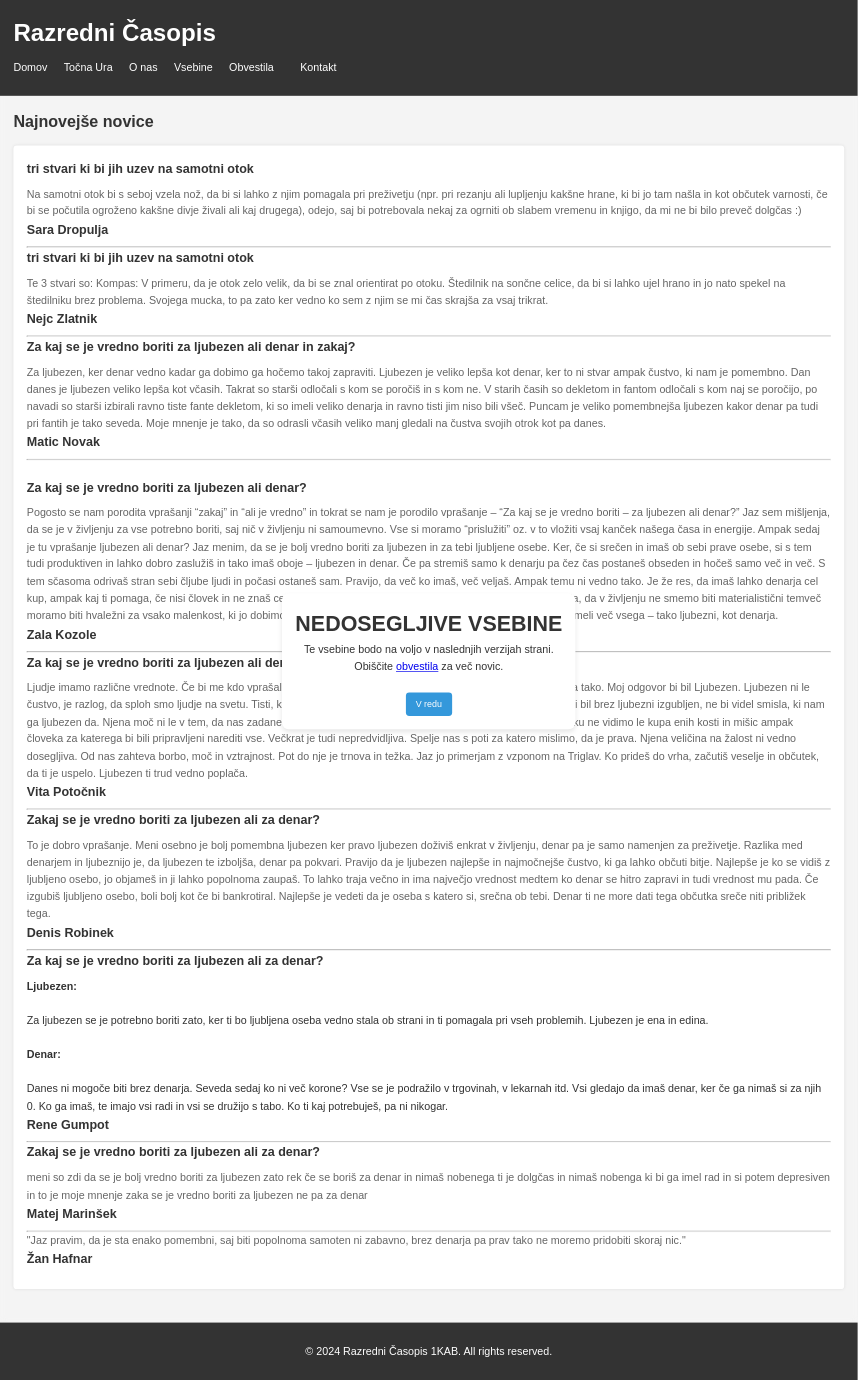
Repository: razrednicasopis/razrednicasopis.github.io
Page: Resources/casopis-html.html
These files come from the project's save history. The page is drawn as it stood at one moment and after the next save; the edit follows.
The browser window is 1280 px wide. The pictures show the whole page, at 67% of full size.
After loading, the first visible `#showPopupLink` was clicked once.

Above is the page before, as saved 2024-01-23 12:59:05.

### Resources/casopis-html.html
<!DOCTYPE html>
<html lang="en">
<head>
  <meta charset="UTF-8">
  <meta name="viewport" content="width=device-width, initial-scale=1.0">
  <link rel="stylesheet" href="styless.css">
  <link rel="stylesheet" href="system.css">
  <title>Razredni Časopis</title>
</head>
<body>


<div id="wrapper">
<div id="vrstica">
<header>
  <h1>Razredni Časopis</h1>
  <nav>
    <ul>
      <li><a href="#">Domov</a></li>
      <li><a href="Ura.html">Točna Ura</a></li>
      <li><a href="admin.html">O nas</a></li>
      <li><a href="vsebine.html">Vsebine </a></li>
      <li><a href="obvestila.html">Obvestila</a></li>
      <li><a href="#" id="showPopupLink">Kontakt</a></li>
    </ul>
  </nav>
</header>
</div>

<main>
  <section class="novice">
    <h2>Najnovejše novice</h2>
    <article>
      <h3>tri stvari ki bi jih uzev na samotni otok</h3>
      <p>Na samotni otok bi s seboj vzela nož, da bi si lahko z njim pomagala pri preživetju (npr. pri rezanju ali lupljenju kakšne hrane, ki bi jo tam našla in kot občutek varnosti, če bi se počutila ogroženo kakšne divje živali ali kaj drugega), odejo, saj bi potrebovala nekaj za ogrniti ob slabem vremenu in knjigo, da mi ne bi bilo preveč dolgčas :)

</p>
<h3>Sara Dropulja</h3>
<hr>
      <h3>tri stvari ki bi jih uzev na samotni otok</h3>
            <p>Te 3 stvari so:
Kompas: V primeru, da je otok zelo velik, da bi se znal orientirat po otoku.
Štedilnik na sončne celice, da bi si lahko ujel hrano in jo nato spekel na štedilniku brez problema.
Svojega mucka, to pa zato ker vedno ko sem z njim se mi čas skrajša za vsaj trikrat.
<h3>Nejc Zlatnik</h3>
</p>
<hr>
<h3>Za kaj se je vredno boriti za ljubezen ali denar in zakaj?</h3>
  <p>Za ljubezen, ker denar vedno kadar ga dobimo ga hočemo takoj zapraviti. Ljubezen je veliko lepša kot denar, ker to ni stvar ampak čustvo, ki nam je pomembno. Dan danes je ljubezen veliko lepša kot včasih. Takrat so starši odločali s kom se poročiš in s kom ne. V starih časih so dekletom in fantom odločali s kom naj se poročijo, po navadi so starši izbirali ravno tiste fante dekletom, ki so imeli veliko denarja in ravno tisti jim niso bili všeč. Puncam je veliko pomembnejša ljubezen kakor denar pa tudi pri fantih je tako seveda. Moje mnenje je tako, da so odrasli včasih veliko manj gledali na čustva svojih otrok kot pa danes.

<h3>Matic Novak</h3></p>

<hr>
<br>
<h3>Za kaj se je vredno boriti za ljubezen ali denar?
</h3>
<p>Pogosto se nam porodita vprašanji “zakaj” in “ali je vredno” in tokrat se nam je porodilo vprašanje – “Za kaj se je vredno boriti – za ljubezen ali denar?”
Jaz sem mišljenja, da se je v življenju za vse potrebno boriti, saj nič v življenju ni samoumevno. Vse si moramo “prislužiti” oz. v to vložiti vsaj kanček našega časa in energije.
Ampak sedaj je tu vprašanje ljubezen ali denar? Jaz menim, da se je bolj vredno boriti za ljubezen in za tebi ljubljene osebe. Ker, če si srečen in imaš ob sebi prave osebe, si s tem tudi produktiven in lahko dobro zaslužiš in tako imaš oboje – ljubezen in denar.
Če pa stremiš samo k denarju pa čez čas postaneš obseden in hočeš samo več in več. S tem sčasoma odrivaš stran sebi čljube ljudi in počasi ostaneš sam.
Pravijo, da več ko imaš, več veljaš. Ampak temu ni vedno tako. Je že res, da imaš lahko denarja cel kup, ampak kaj ti pomaga, če nisi človek in ne znaš ceniti vse in vsega, ki jih imaš okoli sebe? Nič. Zato sem mnenja, da v življenju ne smemo biti materialistični temveč moramo biti hvaležni za vsako malenkost, ki jo dobimo ali pa se zgodi, saj bomo tako veliko bolj srečni in dejansko imeli več vsega – tako ljubezni, kot denarja.<br>
<h3>Zala Kozole</h3>
</p>
<hr>
<h3>Za kaj se je vredno boriti za ljubezen ali denar?</h3>
<p>Ljudje imamo različne vrednote. Če bi me kdo vprašal, za kaj naj se bori ali za ljubezen ali za denar, bi mi odgovorila tako. Moj odgovor bi bil Ljubezen.
Ljubezen ni le čustvo, je razlog, da sploh smo ljudje na svetu. Tisti, ki je ustvaril naš svet, je gotovo to naredil z razlogom. Človek bi bil brez ljubezni izgubljen, ne bi videl smisla, ki nam ga ljubezen da. Njena moč ni le v tem, da nas zadane in prevzame ob misli na simpatijo. Omogoča nam, da v človeku ne vidimo le kupa enih kosti in mišic ampak človeka za katerega bi bili pripravljeni narediti vse. Večkrat je tudi nepredvidljiva. Spelje nas s poti za katero mislimo, da je prava. Njena veličina na žalost ni vedno dosegljiva. Od nas zahteva borbo, moč in vztrajnost. Pot do nje je trnova in težka. Jaz jo primerjam z vzponom na Triglav. Ko prideš do vrha, začutiš veselje in občutek, da ti je uspelo. Ljubezen ti trud vedno poplača.
</p>
      <h3>Vita Potočnik</h3>
      <hr>
      <h3>Zakaj se je vredno boriti za ljubezen ali za denar?
</h3>
<P>To je dobro vprašanje. Meni osebno je bolj pomembna ljubezen ker pravo ljubezen doživiš enkrat v življenju, denar pa je samo namenjen za preživetje. Razlika med denarjem in ljubeznijo je, da ljubezen te izboljša, denar pa pokvari. Pravijo da je ljubezen najlepše in najmočnejše čustvo, ki ga lahko občuti bitje. Najlepše je ko se vidiš z ljubljeno osebo, jo objameš in ji lahko popolnoma zaupaš. To lahko traja večno in ima največjo vrednost medtem ko denar se hitro zapravi in tudi vrednost mu pada. Če izgubiš ljubljeno osebo, boli bolj kot če bi bankrotiral. Najlepše je vedeti da je oseba s katero si, srečna ob tebi. Denar ti ne more dati tega občutka sreče niti približek tega.</P>
<h3>Denis Robinek</h3>
<hr>
<h3>Za kaj se je vredno boriti za ljubezen ali za denar?</h3>
<p><h4>Ljubezen:</h4><br>
Za ljubezen se je potrebno boriti zato, ker ti bo ljubljena oseba vedno stala ob strani in ti pomagala pri vseh problemih. Ljubezen je ena in edina.<br>
<br>
<h4>Denar:</h4>
<br>
Danes ni mogoče biti brez denarja. Seveda sedaj ko ni več korone? Vse se je podražilo v trgovinah, v lekarnah itd. Vsi gledajo da imaš denar, ker če ga nimaš si za njih 0. Ko ga imaš, te imajo vsi radi in vsi se družijo s tabo. Ko ti kaj potrebuješ, pa ni nikogar.
<h3>Rene Gumpot</h3></p>
<hr>
<h3>Zakaj se je vredno boriti za ljubezen ali za denar?</h3>
<p>meni so zdi da se je bolj vredno boriti za ljubezen zato rek če se boriš
za denar in nimaš nobenega ti je dolgčas in nimaš nobenga ki bi ga imel rad in si potem depresiven
in to je moje mnenje zaka se je vredno boriti za ljubezen ne pa za denar

<h3>Matej Marinšek</h3></p>
<hr>
    <p>"Jaz pravim, da je sta enako pomembni, saj biti popolnoma samoten ni zabavno, brez denarja pa prav tako ne moremo pridobiti skoraj nic."

<h3>Žan Hafnar</h3></p>


    </article>
    <!-- Dodaj več novic -->
  </section>

</main>
</div>

<footer>
  <p>&copy; 2024 Razredni Časopis 1KAB. All rights reserved.
  </footer>



<!--Od tu naprej je koda za razne stvari kot so popupi-->

<div id="popupContainer">
  <div id="overlay"></div>
  <div id="popupContent">
      <h1><b>NEDOSEGLJIVE VSEBINE</b></h1>
      <p>Te vsebine bodo na voljo v naslednjih verzijah strani.
      <p>Obiščite <a href="obvestila.html">obvestila</a> za več novic.<p><br>
      <button id="closePopupBtn">V redu</button>
  </div>
</div>



<script src="alerts.js"></script>

</body>
</html>

### Resources/styless.css
* {
  margin: 0;
  padding: 0;
  box-sizing: border-box;
}

/* Globalni slogi */
body {
  font-family: Arial, sans-serif;
  line-height: 1.6;
  background-color: #f4f4f4;
  color: #333;
  margin: 0;
  padding: 0;
}


.container {
    text-align: center;
    margin-top: 50px;
}

.border-box {
    display: inline-block;
    padding: 200px;
    width: 550px;
    height: 500px;
    border: 5px solid #333; /* Set your desired border color */
    border-radius: 30px; /* Set the border radius for slightly curved corners */
    background-color: #333; /* Set your desired background color inside the border */
}

form textarea {
  width: 100%;
  padding: 8px;
  justify-content: left;
  margin-left: auto;

  margin-bottom: 10px;
}

header {
  background: #333;
  color: #fff;
  padding: 20px;
}

header h1 {
  margin: 0;
  font-size: 36px;
}

nav ul {
  list-style: none;
}

nav ul li {
  display: inline;
  margin-right: 20px;
}

nav ul li a {
  color: #fff;
  text-decoration: none;
}

main {
  padding: 20px;
}

section {
  margin-bottom: 30px;
}

section h2 {
  margin-bottom: 15px;
}

article {
  background: #fff;
  padding: 20px;
  border-radius: 5px;
  box-shadow: 0 0 5px rgba(0, 0, 0, 0.1);
}

article h3 {
  margin-bottom: 10px;
}

article p {
  color: #666;
}

article a {
  display: inline-block;
  margin-top: 10px;
  text-decoration: none;
  color: #333;
  border-bottom: 1px solid #333;
  padding-bottom: 2px;
}

article a:hover {
  color: #000;
  border-color: #000;
}

.wrapper {
  flex: 1;
}

footer {
  text-align: center;
  padding: 30px;
  background-color: #333;
  color: #fff;
  position: absolute;
  bottom: auto;
  width: 100%;
  text-align: center;
}

### Resources/system.css
/* Koda za "Coming Soon" pop-up */

#popupContainer {
    display: none;
    position: fixed;
    top: 50%;
    left: 50%;
    transform: translate(-50%, -50%);
    background-color: #ffffff;
    box-shadow: 0 4px 8px rgba(0, 0, 0, 0.1);
    padding: 20px;
    border-radius: 10px;
    text-align: center;
    z-index: top;
  }


  #popupContent {
    max-width: 400px;
    margin: 0 auto;
  }

  #closePopupBtn {
    background-color: #3498db;
    color: #ffffff;
    padding: 10px 15px;
    border: none;
    border-radius: 5px;
    cursor: pointer;
  }

  #closePopupBtn:hover {
      background-color: #4da8e1;
  }

  #showPopupLink {
    display: inline-block;
    padding: 10px 15px;
    color: #ffffff;
    text-decoration: none;
    border-radius: 5px;
    cursor: pointer;
  }

body.popup-open {

}

body.blur {
  backdrop-filter: blur(5px);
  pointer-events: none;
  z-index: 1;
}

/* Koda za "Kontakt" obrazec */

#contactform {
    align-self: center;
    }

### Resources/alerts.js
document.getElementById('showPopupLink').addEventListener('click', function(event) {
    event.preventDefault();
    document.getElementById('popupContainer').style.display = 'block';
    document.body.classList.add('blur', 'popup-open');
});

document.getElementById('closePopupBtn').addEventListener('click', function() {
    document.getElementById('popupContainer').style.display = 'none';
    document.body.classList.remove('blur', 'popup-open');
});

After the next save:
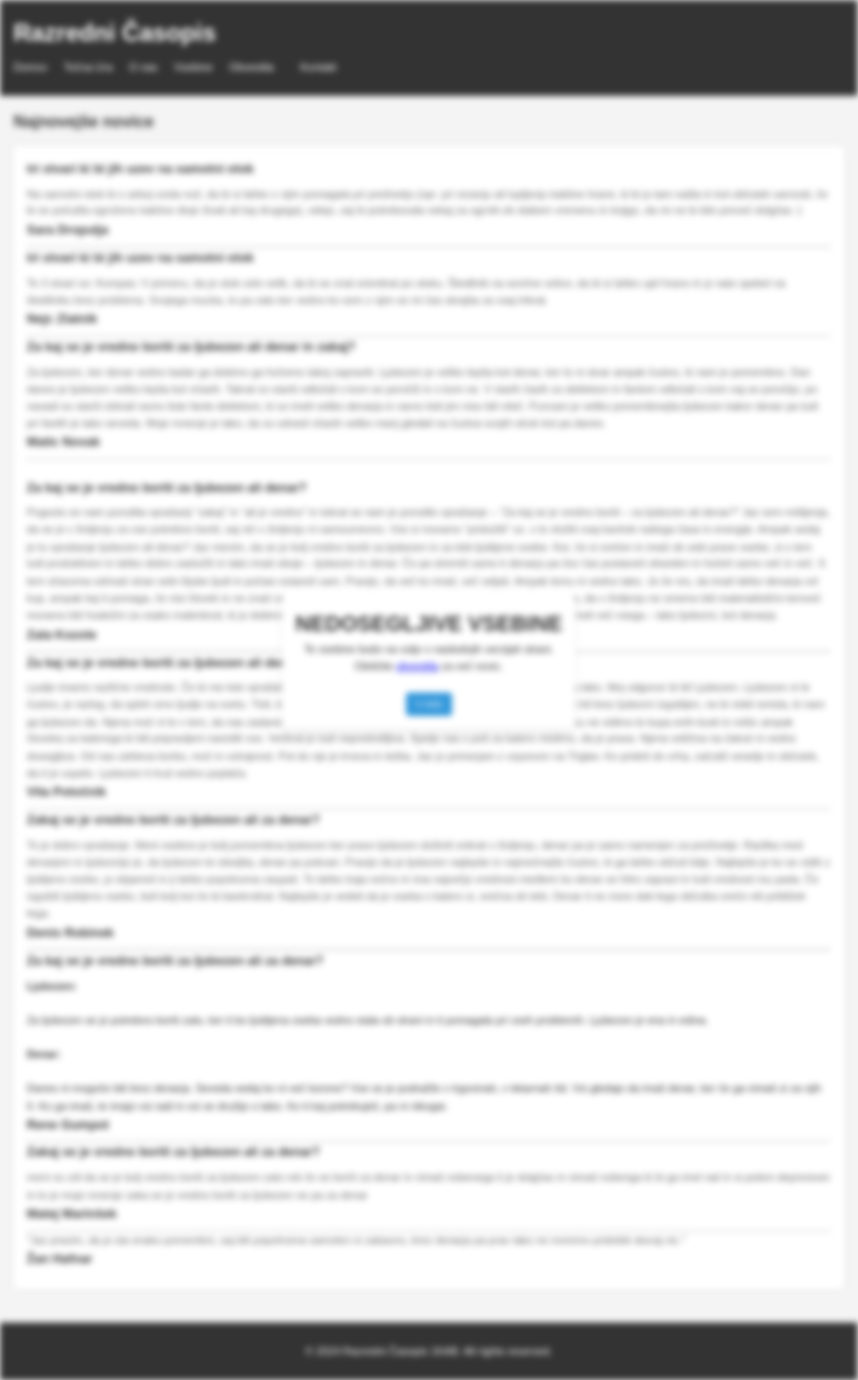
Saved 7 s later.
--- a/Resources/system.css
+++ b/Resources/system.css
@@ -47,7 +47,7 @@ body.popup-open {
 }
 
 body.blur {
-  backdrop-filter: blur(5px);
+  filter: blur(5px);
   pointer-events: none;
   z-index: 1;
 }
